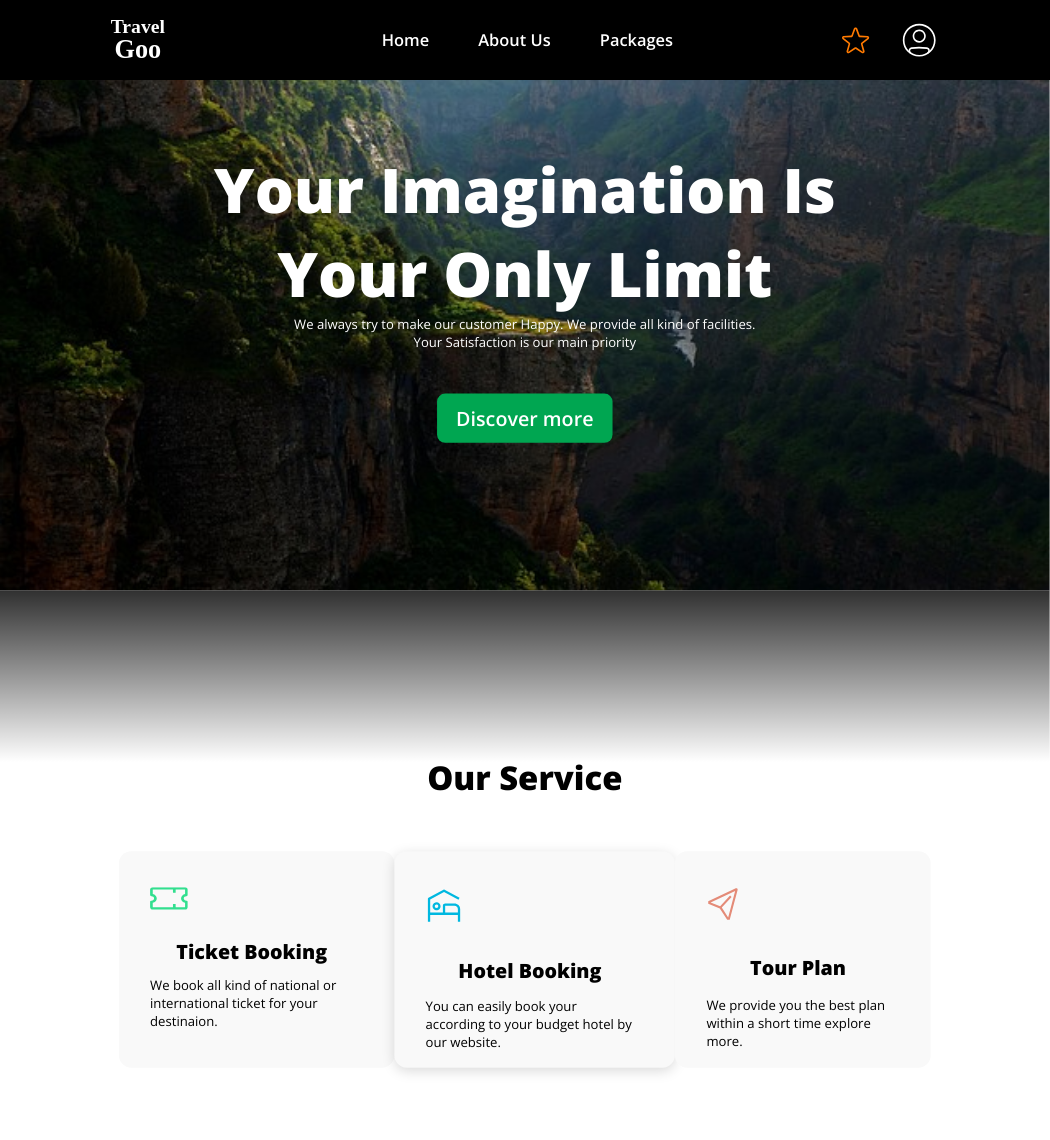
Repository: simralgasimov/back-project
Page: index.html
The author's editor kept a copy of each file at every save. The page is drawn from the files as they stood at one save, then again after the next save.
The browser window is 1280 px wide. The pictures show the whole page, at 82% of full size.
Some web fonts or font styles are not loaded; a fallback is used.

Above is the page before, as saved 2023-09-27 13:59:08.

After the next save:
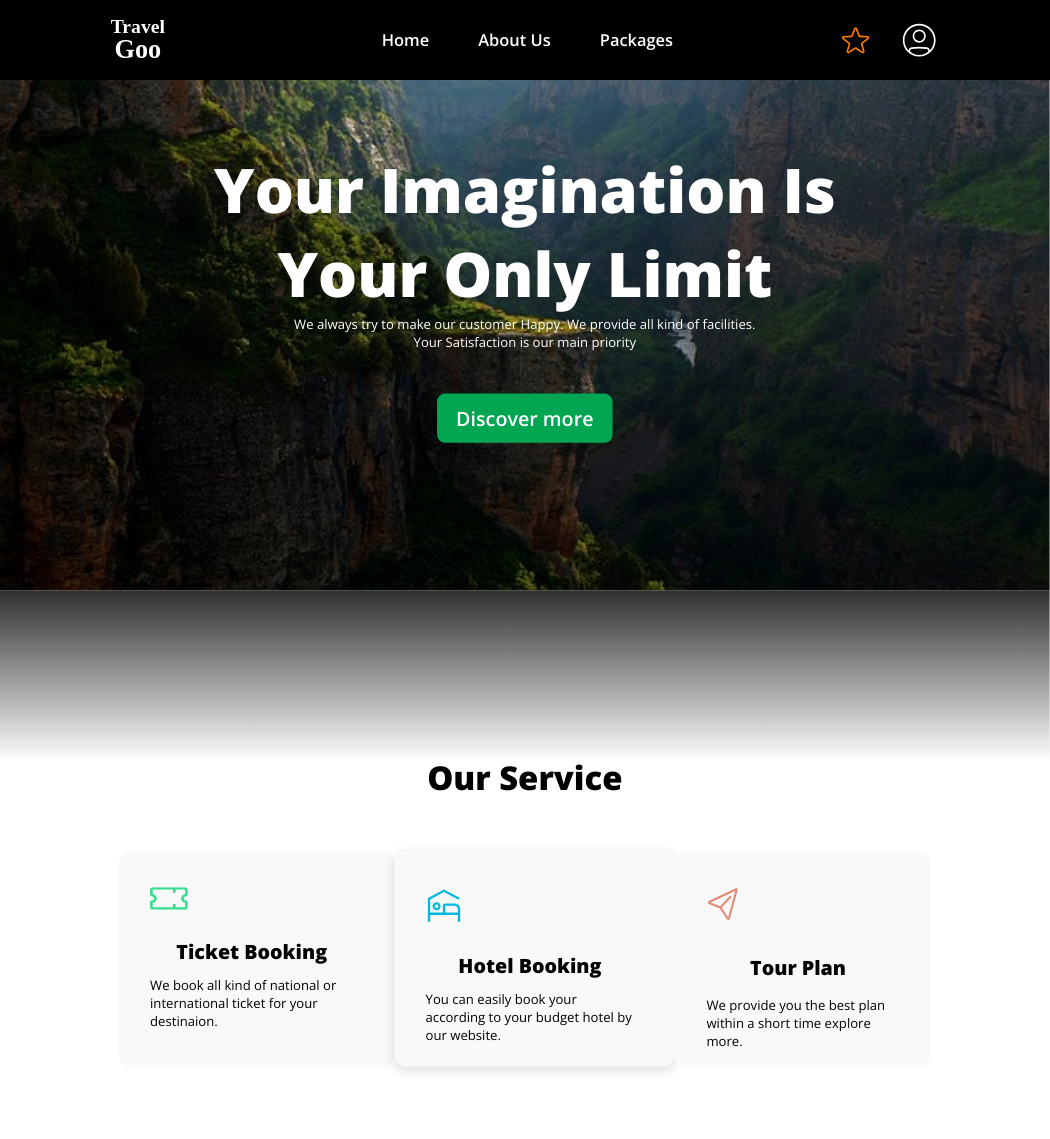
Saved 21 s later.
--- a/index.css
+++ b/index.css
@@ -197,7 +197,7 @@ a {
   box-shadow: 0px 4px 16px 0px rgba(0, 0, 0, 0.15);
 }
 
-.container-2 .services .hotel h1 {
+/* .container-2 .services .hotel h1 {
   margin-top: 36px;
   margin-bottom: 16px;
   color: #000;
@@ -207,7 +207,7 @@ a {
   font-style: normal;
   font-weight: 700;
   line-height: normal;
-}
+} */
 
 .container-2 .services .hotel p {
   color: #000;
